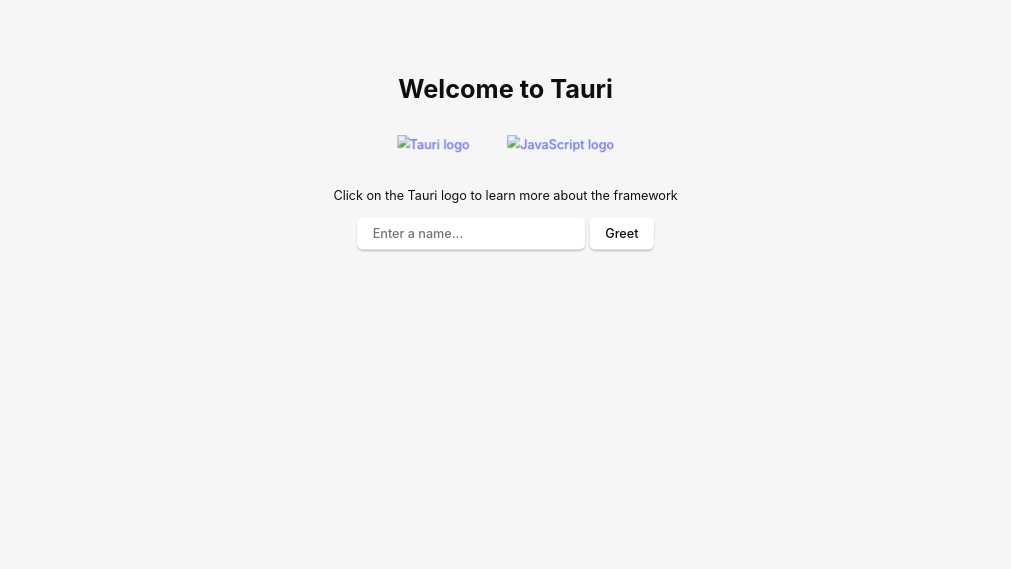
Repository: fixtan/lain-clock
Page: src/index.html
The author's editor kept a copy of each file at every save. The page is drawn from the files as they stood at one save, then again after the next save.
The browser window is 1280 px wide. The pictures show the whole page, at 79% of full size.

Above is the page before, as saved 2026-04-12 10:55:37.
Console error: TypeError: Cannot read properties of undefined (reading 'core')
Not found: assets/javascript.svg
Not found: assets/tauri.svg

After the next save:
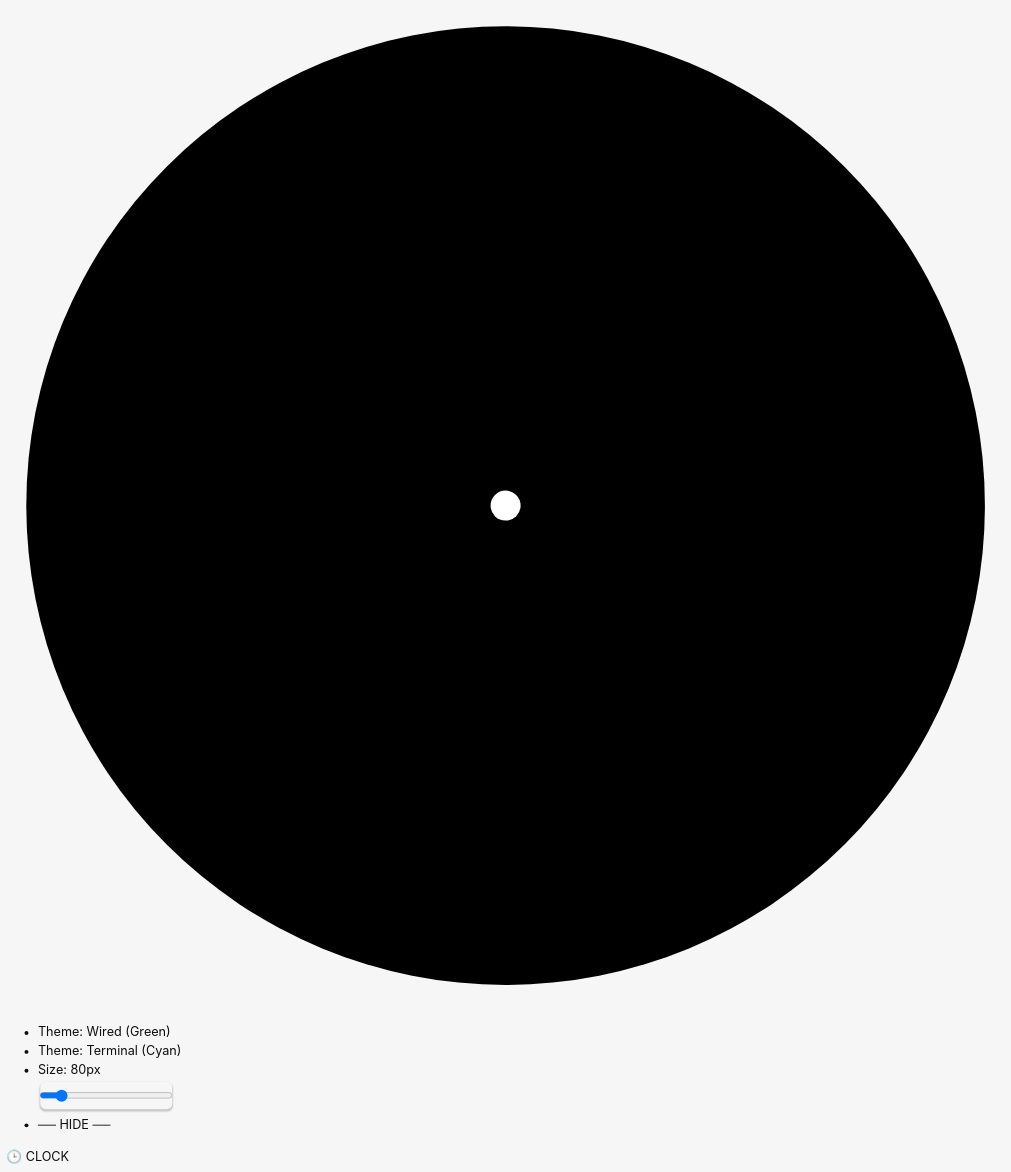
Saved 84 s later.
--- a/src/index.html
+++ b/src/index.html
@@ -9,31 +9,39 @@
   </head>
 
   <body>
-    <main class="container">
-      <h1>Welcome to Tauri</h1>
+    <div id="clock-container" class="clock-floating">
+      <svg id="analog-clock" viewBox="0 0 100 100">
+        <circle cx="50" cy="50" r="48" class="clock-face-outer" />
+        <circle cx="50" cy="50" r="45" class="clock-face-inner" />
+        <g id="hands">
+          <polygon id="hour"   points="48,50 50,25 52,50 50,55" class="hand hour-hand" />
+          <polygon id="minute" points="49,50 50,15 51,50 50,55" class="hand min-hand"  />
+          <line    id="second" x1="50" y1="55" x2="50" y2="10"  class="hand sec-hand"  />
+          <circle cx="50" cy="50" r="1.5" fill="#fff" />
+        </g>
+      </svg>
+    </div>
 
-      <div class="row">
-        <a href="https://tauri.app" target="_blank">
-          <img src="/assets/tauri.svg" class="logo tauri" alt="Tauri logo" />
-        </a>
-        <a
-          href="https://developer.mozilla.org/en-US/docs/Web/JavaScript"
-          target="_blank"
-        >
-          <img
-            src="/assets/javascript.svg"
-            class="logo vanilla"
-            alt="JavaScript logo"
-          />
-        </a>
-      </div>
-      <p>Click on the Tauri logo to learn more about the framework</p>
+    <!-- 右クリックメニュー（HIDEを追加） -->
+    <div id="clock-context-menu" class="context-menu hidden">
+      <ul>
+        <li data-action="theme-wired">Theme: Wired (Green)</li>
+        <li data-action="theme-terminal">Theme: Terminal (Cyan)</li>
+        <!--li data-action="resize-small">Size: Small</li>
+        <li data-action="resize-large">Size: Large</li>
+        <li data-action="resize-full">Size: Full</li-->
+        <li class="menu-slider-item">
+          <div class="slider-label">Size: <span id="size-value">80</span>px</div>
+          <input type="range" id="size-slider" min="80" max="500" step="5" value="80">
+        </li>
+        <li data-action="hide" class="menu-hide-item">── HIDE ──</li>
+      </ul>
+    </div>
 
-      <form class="row" id="greet-form">
-        <input id="greet-input" placeholder="Enter a name..." />
-        <button type="submit">Greet</button>
-      </form>
-      <p id="greet-msg"></p>
-    </main>
+    <!-- CLOCKサイドタブ（HIDE時に右端に出現・上下ドラッグ可） -->
+    <div id="clock-tab" class="clock-tab hidden" title="Show Clock">
+      <span class="tab-emoji">🕒</span>
+      <span class="tab-label">CLOCK</span>
+    </div>
   </body>
 </html>
